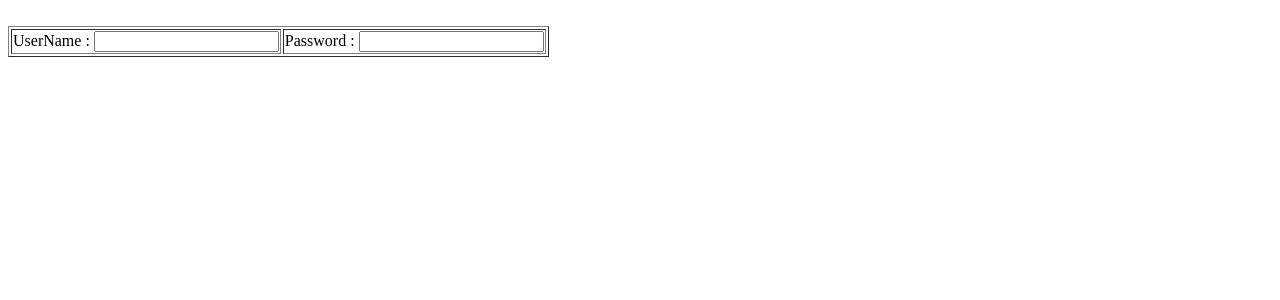
Repository: vishaldhardubey/Java-Programs-BridgeIT
Page: Maven/StudentInfoApplication/WebContent/homePage.html
These files come from the project's save history. The page is drawn as it stood at one moment and after the next save; the edit follows.
The browser window is 1280 px wide. The pictures show the whole page.

Above is the page before, as saved 2018-06-20 05:55:27.

After the next save:
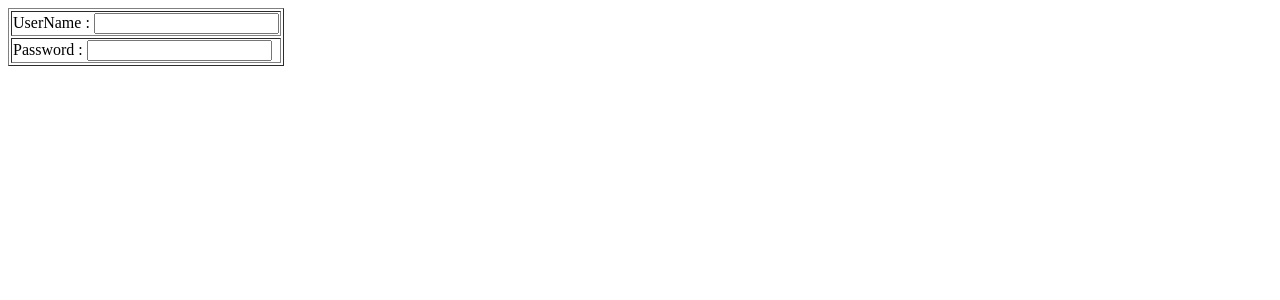
Saved 18 s later.
--- a/Maven/StudentInfoApplication/WebContent/homePage.html
+++ b/Maven/StudentInfoApplication/WebContent/homePage.html
@@ -11,7 +11,8 @@
 		<td>
 		UserName : <input type="text" name="user">
 		</td>
-		<br>
+		</tr>
+		<tr>
 		<td>
 		Password :	<input type="text" name="passkey">
 		</td>

After the save that followed:
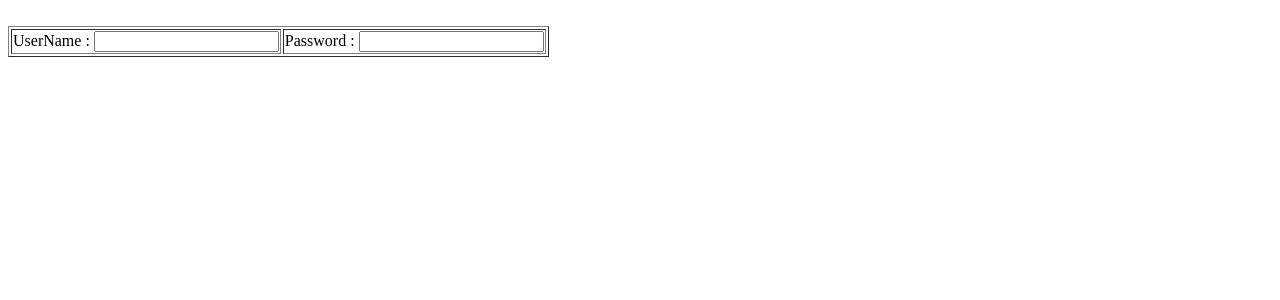
Saved 32 s later.
--- a/Maven/StudentInfoApplication/WebContent/homePage.html
+++ b/Maven/StudentInfoApplication/WebContent/homePage.html
@@ -11,8 +11,7 @@
 		<td>
 		UserName : <input type="text" name="user">
 		</td>
-		</tr>
-		<tr>
+		<br>
 		<td>
 		Password :	<input type="text" name="passkey">
 		</td>
